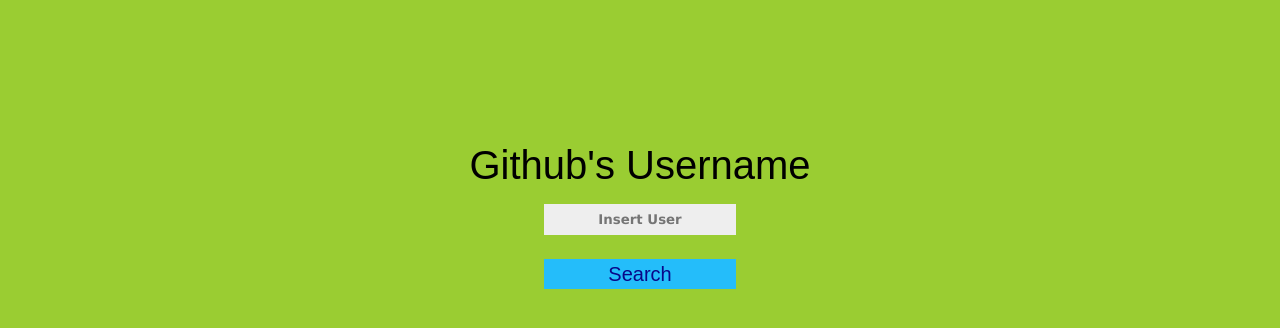
Repository: Orifiel/teste
Page: desafioMod4/desafioJavascritpt0402.html
The author's editor kept a copy of each file at every save. The page is drawn from the files as they stood at one save, then again after the next save.
The browser window is 1280 px wide. The pictures show the whole page.
Some web fonts or font styles are not loaded; a fallback is used.

Above is the page before, as saved 2020-08-24 15:34:42.

After the next save:
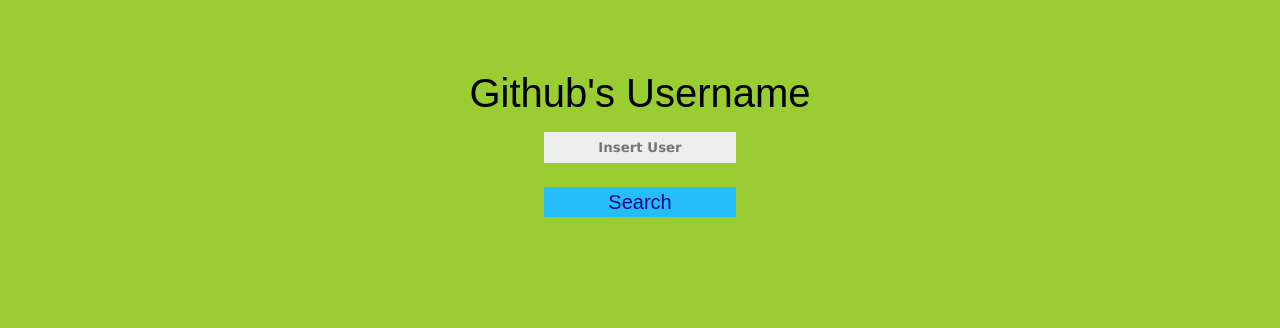
Saved 71 s later.
--- a/desafioMod4/desafioJavascritpt0402.html
+++ b/desafioMod4/desafioJavascritpt0402.html
@@ -20,7 +20,7 @@
 
         flex-direction: column;
         width: 70vw;
-        height: 60vh;
+        height: 40vh;
         justify-content: center;
         align-items: center;
         margin: 0 auto;
